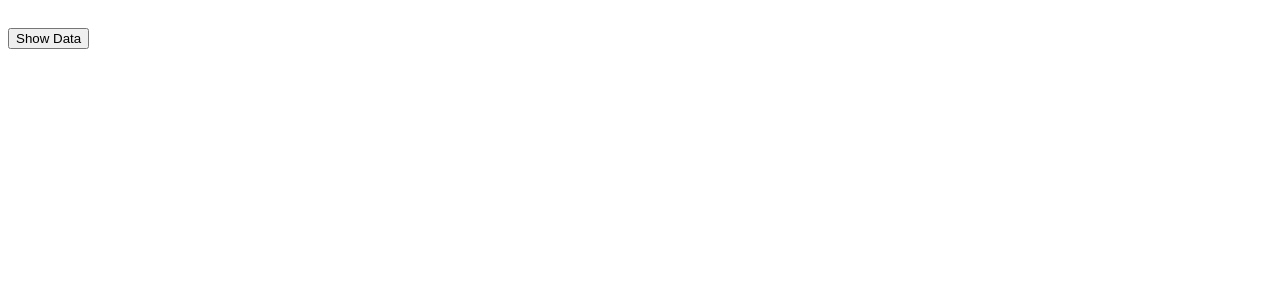
Repository: phyron-coder/NodeJS-1-
Page: index.html
These files come from the project's save history. The page is drawn as it stood at one moment and after the next save; the edit follows.
The browser window is 1280 px wide. The pictures show the whole page.

Above is the page before, as saved 2025-08-16 00:32:52.

After the next save:
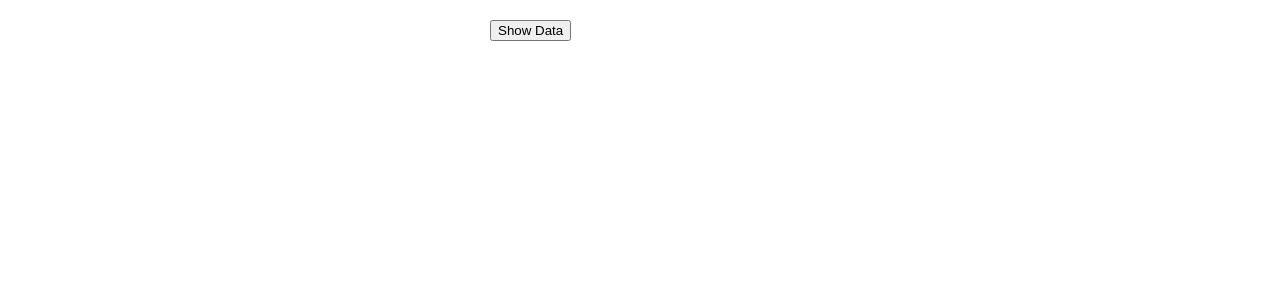
Saved 33 s later.
--- a/index.html
+++ b/index.html
@@ -6,6 +6,12 @@
     <meta name="viewport" content="width=device-width, initial-scale=1.0">
     <title>Fetch API</title>
     <style>
+        body {
+            width: 300px;
+            height: 600px;
+            margin: 0 auto;
+        }
+
         table,
         th,
         td {
